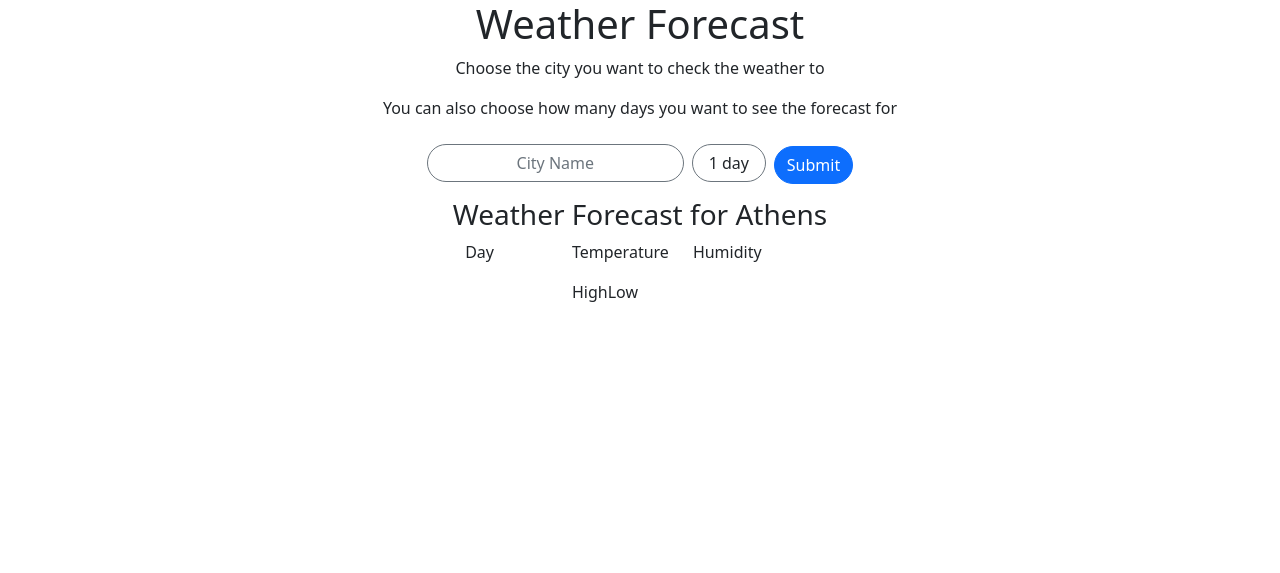
Repository: DimitrisDoxopoulos/my-own-weather-app
Page: /
The author's editor kept a copy of each file at every save. The page is drawn from the files as they stood at one save, then again after the next save.
The browser window is 1280 px wide. The pictures show the whole page.
The project was rebuilt for these pictures with package versions that can differ from the ones it lists, and the page was loaded fresh each time.

Above is the page before, as saved 2021-06-03 19:53:32.

### src/App.js
import './App.css';

/*--------------- Importing Components ------------------- */
import Wrapper from './components/Wrapper'
import Header from './components/Header'
import Tagline from './components/Tagline'
import Form from './components/Form'
import WeatherForecast from './components/WeatherForecast';
/*--------------- Importing Components ------------------- */

function App() {
  return (
    <div className="App">
      <Wrapper>
        <Header />
        <Tagline />
        <Form />
        <WeatherForecast />
      </Wrapper>
    </div>
  );
}

export default App;

### src/App.css
.App {
  /* text-align: center; */
}

.App-logo {
  height: 40vmin;
  pointer-events: none;
}

.App-header {
  background-color: #282c34;
  min-height: 100vh;
  display: flex;
  flex-direction: column;
  align-items: center;
  justify-content: center;
  font-size: calc(10px + 2vmin);
  color: white;
}

.App-link {
  color: #61dafb;
}

### src/components/Wrapper.js
import React from 'react';

const Wrapper = (props) => {
    return(
    <div className='container d-flex flex-column justify-content-center align-items-center'>
        { props.children }
    </div>
    )
}

export default Wrapper;

### src/components/Header.js
import React from 'react'

const Header = () => {
    return (
        <div className="">
            <h1 className="">Weather Forecast</h1>
        </div>
    )
}

export default Header

### src/components/Tagline.js
import React from 'react'

const Tagline = () => {
    return (
        <div className="text-center">
            <p>Choose the city you want to check the weather to</p>
            <p>You can also choose how many days you want to see the forecast for</p>
        </div>
    )
}

export default Tagline

### src/components/Form.js
import React from 'react'

const Form = () => {
    return (
        <div>
            <form className="d-flex align-items-center">
                <div className="form-group">
                    <input type="text" className="form-control border-secondary rounded-pill text-center" id="exampleFormControlInput1" placeholder="City Name" />
                </div>
                <div className="form-group d-flex p-2">
                    <select className="form-control border-secondary rounded-pill text-center" id="exampleFormControlSelect1" placeholder="How many days?">
                        <option value="1">1 day</option>
                        <option value="2">2 days</option>
                        <option value="3">3 days</option>
                        <option value="4">4 days</option>
                        <option value="5">5 days</option>
                    </select>
                </div>
                <input className="btn btn-primary mt-1 rounded-pill" type="submit" value="Submit" />
            </form>
        </div>
    )
}

export default Form

### src/components/WeatherForecast.js
import React from 'react'

const WeatherForecast = () => {
    return (
        <div className="text-center p-2">
            <h3 className="h-3">Weather Forecast for Athens</h3>
            <div className="container">
                <div className="row">
                    <div className="col-sm">
                        <p>Day</p>
                    </div>
                    <div className="col-sm">
                        <image src="" alt='weather icon' />
                    </div>
                    <div className="col-sm">
                        <p>Temperature</p>
                        <div className="d-flex justify-between w-2">
                            <p>High</p>
                            <p>Low</p>
                        </div>
                    </div>
                    <div className="col-sm">
                        <p>Humidity</p>
                    </div>
                    <div className="col-sm">
                        <p></p>
                    </div>
                </div>
            </div>

        </div>
    )
}

export default WeatherForecast

Loaded but not shown: public/index.html (common file); src/index.js (common file); src/index.css (common file); src/reportWebVitals.js (common file)

After the next save:
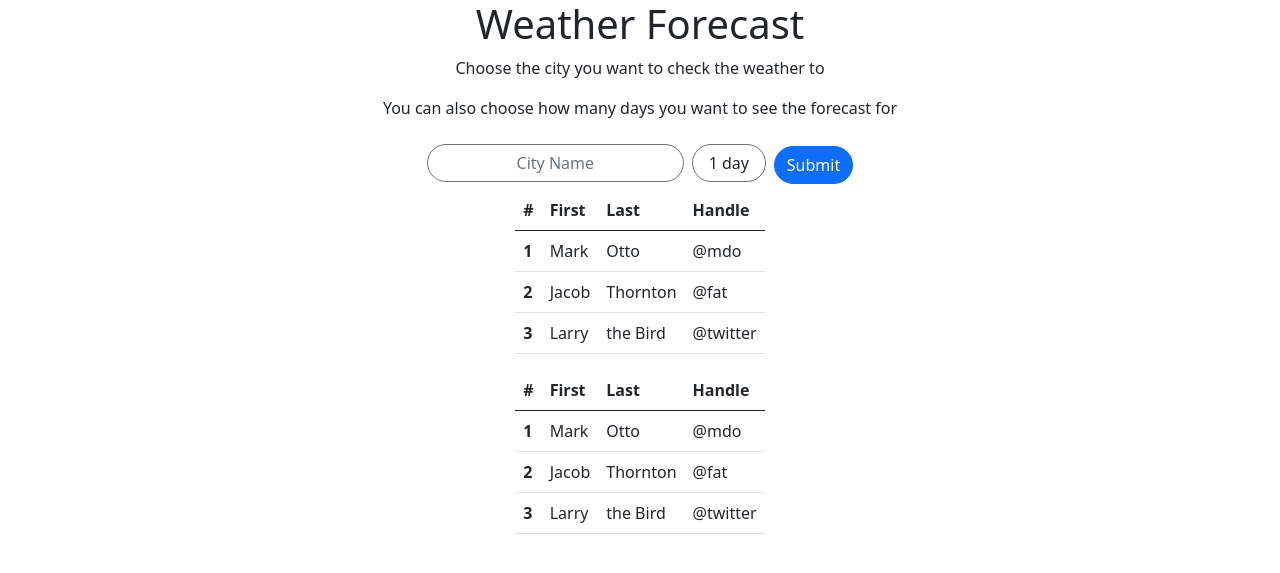
Saved 114 s later.
--- a/src/components/WeatherForecast.js
+++ b/src/components/WeatherForecast.js
@@ -2,32 +2,68 @@ import React from 'react'
 
 const WeatherForecast = () => {
     return (
-        <div className="text-center p-2">
-            <h3 className="h-3">Weather Forecast for Athens</h3>
-            <div className="container">
-                <div className="row">
-                    <div className="col-sm">
-                        <p>Day</p>
-                    </div>
-                    <div className="col-sm">
-                        <image src="" alt='weather icon' />
-                    </div>
-                    <div className="col-sm">
-                        <p>Temperature</p>
-                        <div className="d-flex justify-between w-2">
-                            <p>High</p>
-                            <p>Low</p>
-                        </div>
-                    </div>
-                    <div className="col-sm">
-                        <p>Humidity</p>
-                    </div>
-                    <div className="col-sm">
-                        <p></p>
-                    </div>
-                </div>
-            </div>
+        <div>
+            <table class="table">
+                <thead class="thead-dark">
+                    <tr>
+                    <th scope="col">#</th>
+                    <th scope="col">First</th>
+                    <th scope="col">Last</th>
+                    <th scope="col">Handle</th>
+                    </tr>
+                </thead>
+                <tbody>
+                    <tr>
+                    <th scope="row">1</th>
+                    <td>Mark</td>
+                    <td>Otto</td>
+                    <td>@mdo</td>
+                    </tr>
+                    <tr>
+                    <th scope="row">2</th>
+                    <td>Jacob</td>
+                    <td>Thornton</td>
+                    <td>@fat</td>
+                    </tr>
+                    <tr>
+                    <th scope="row">3</th>
+                    <td>Larry</td>
+                    <td>the Bird</td>
+                    <td>@twitter</td>
+                    </tr>
+                </tbody>
+                </table>
 
+                <table class="table">
+                <thead class="thead-light">
+                    <tr>
+                    <th scope="col">#</th>
+                    <th scope="col">First</th>
+                    <th scope="col">Last</th>
+                    <th scope="col">Handle</th>
+                    </tr>
+                </thead>
+                <tbody>
+                    <tr>
+                    <th scope="row">1</th>
+                    <td>Mark</td>
+                    <td>Otto</td>
+                    <td>@mdo</td>
+                    </tr>
+                    <tr>
+                    <th scope="row">2</th>
+                    <td>Jacob</td>
+                    <td>Thornton</td>
+                    <td>@fat</td>
+                    </tr>
+                    <tr>
+                    <th scope="row">3</th>
+                    <td>Larry</td>
+                    <td>the Bird</td>
+                    <td>@twitter</td>
+                    </tr>
+                </tbody>
+            </table>
         </div>
     )
 }
